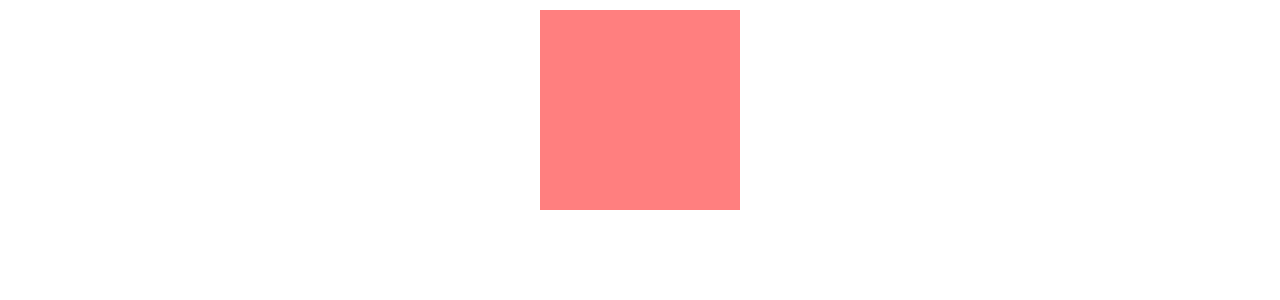
Repository: LstHeart/html-learning
Page: css3/CSS3颜色.html
An editor plug-in stored every save of this project. The page is shown before and after the next save, followed by the edit.
The browser window is 1280 px wide. The pictures show the whole page.

Above is the page before, as saved 2021-01-12 15:22:24.

After the next save:
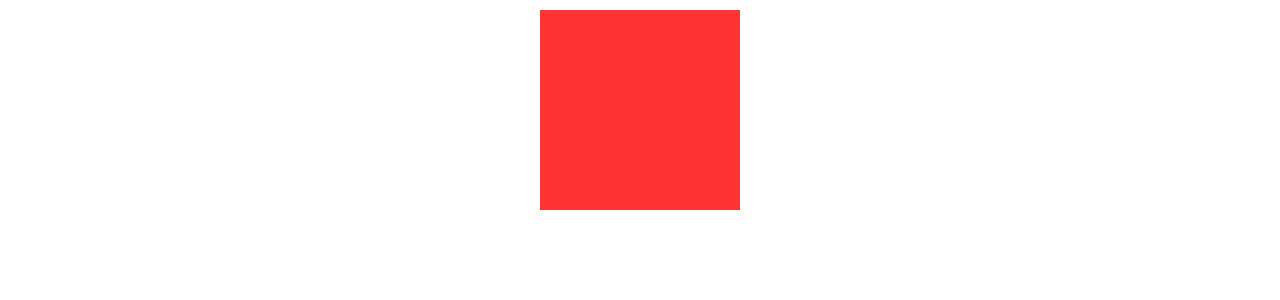
Saved 13 s later.
--- a/css3/CSS3颜色.html
+++ b/css3/CSS3颜色.html
@@ -11,7 +11,7 @@
             height: 200px;
             margin: 10px auto;
             /* background-color: rgb(255, 0, 0); */
-            background-color: rgba(255, 0, 0, 0.5);
+            background-color: rgba(255, 0, 0, 0.8);
         }
     </style>
 </head>
